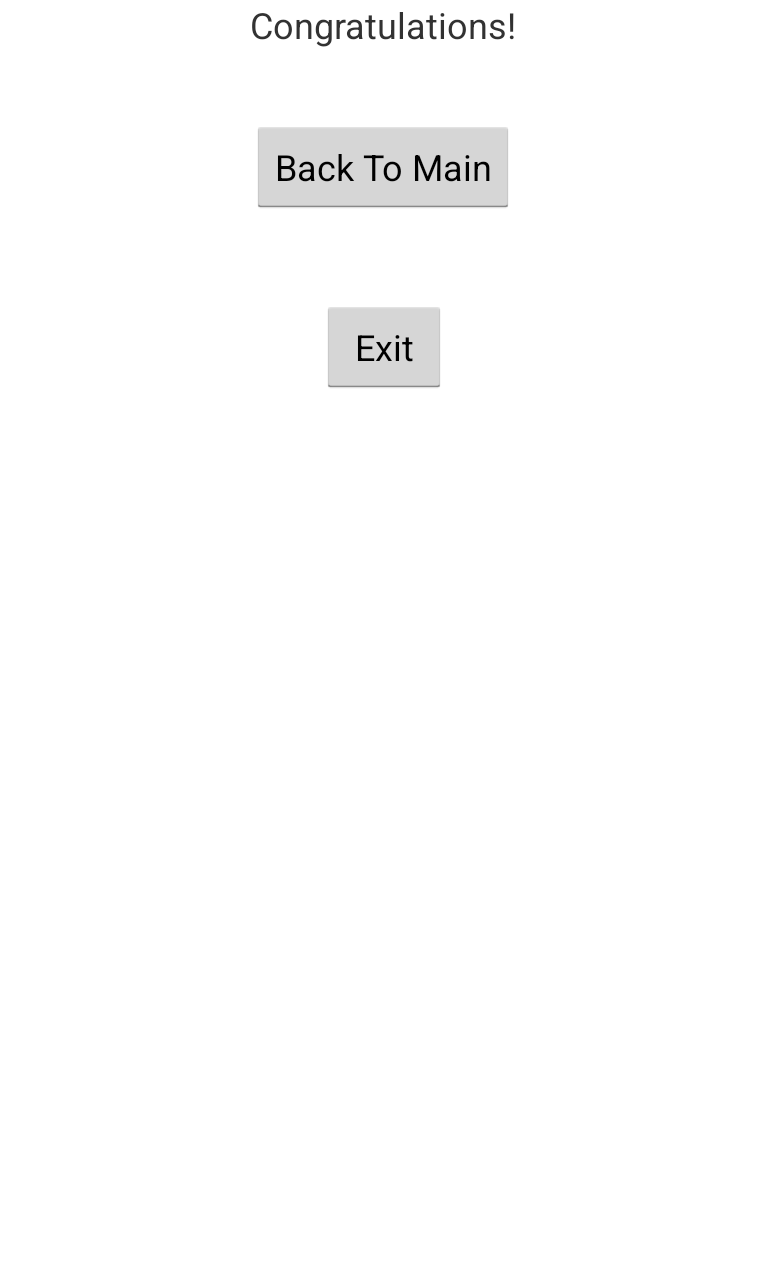
Repository: SarahDowlath/TriniHangman
Layout: workspace3/Trini-Hangman/res/layout/endgame_dialog.xml
An editor plug-in stored every save of this project. The layout is shown before and after the next save, followed by the edit.
It is drawn on a 768 x 1280 px phone screen (xhdpi) without system bars, with theme AppTheme; the app's code is not run.

Above is the layout before, as saved 2014-07-22 14:56:16.

After the next save:
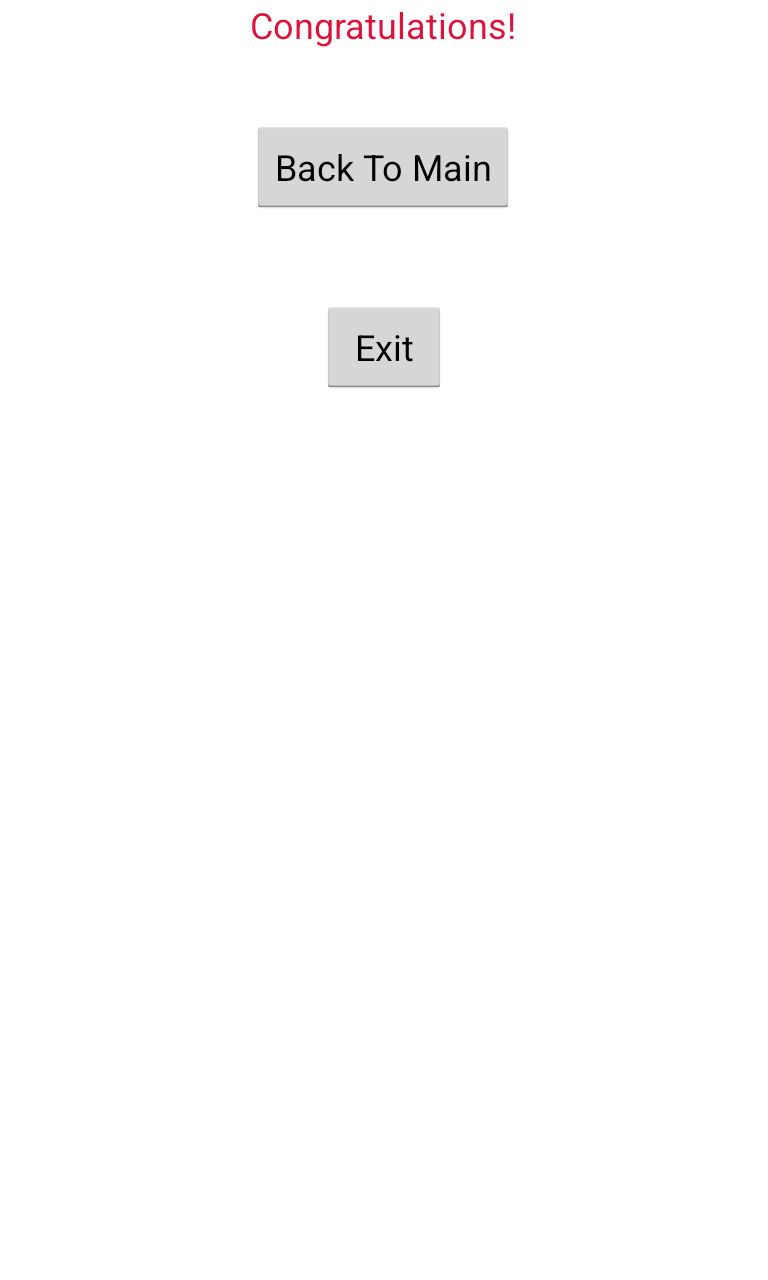
Saved 41 min 34 s later.
--- a/workspace3/Trini-Hangman/res/layout/endgame_dialog.xml
+++ b/workspace3/Trini-Hangman/res/layout/endgame_dialog.xml
@@ -4,10 +4,15 @@
  android:layout_height="fill_parent"
  xmlns:android="http://schemas.android.com/apk/res/android">
 
- <TextView android:layout_height="wrap_content"
- android:layout_width="wrap_content" android:text="Congratulations!"
- android:id="@+id/endmessage" android:textSize="8pt"
- android:layout_centerHorizontal="true">
+ <TextView
+     android:id="@+id/endmessage"
+     android:layout_width="wrap_content"
+     android:layout_height="wrap_content"
+     android:layout_centerHorizontal="true"
+     android:text="Congratulations!"
+     android:textColor="#DC143C"
+     android:textSize="8pt" >
+
  </TextView>
 
 	<TableRow android:layout_height="wrap_content"
